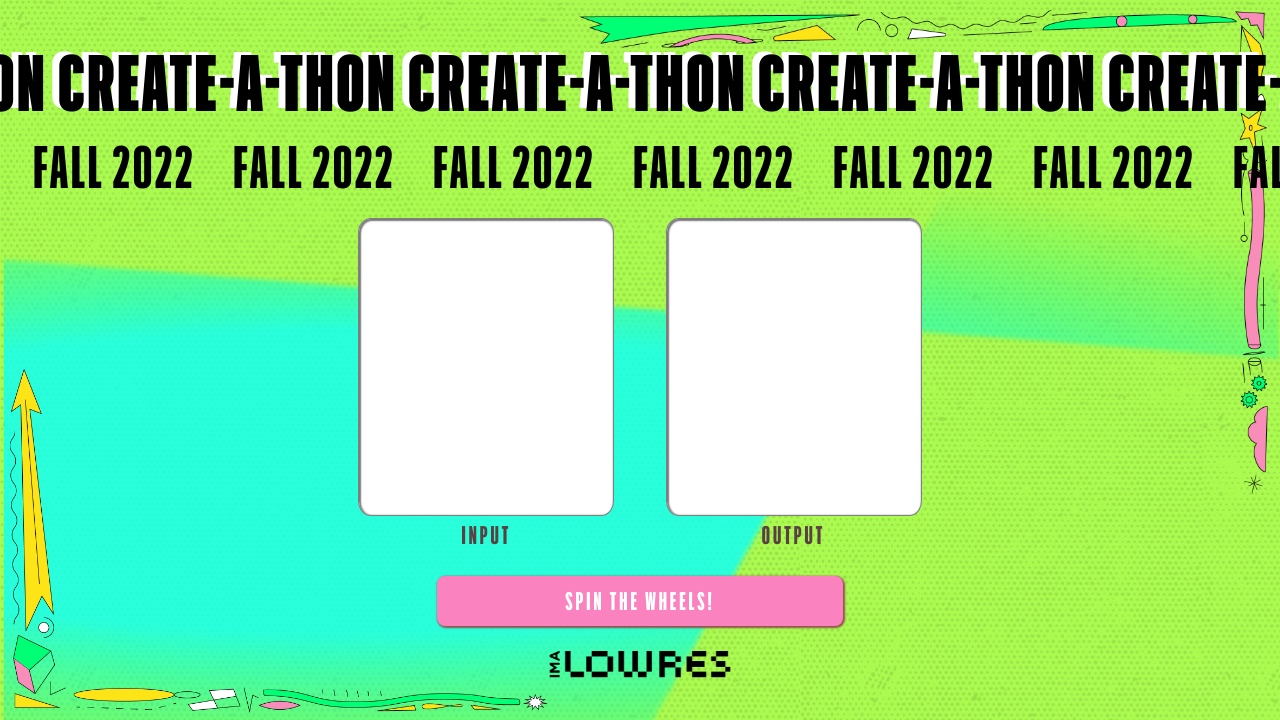
Repository: fakebrianho/IMA-Low-Res-Create-Athon-2022
Page: docs/project-generator/index.html
These files come from the project's save history. The page is drawn as it stood at one moment and after a run of saves; the edit follows.
The browser window is 1280 px wide. The pictures show the whole page.

Above is the page before, as saved 2022-10-26 23:48:37.
Not found: docs/project-generator/libraries/p5.dom.js
Not found: docs/project-generator/libraries/p5.js
Not found: docs/project-generator/libraries/p5.sound.js

After the next 3 saves:
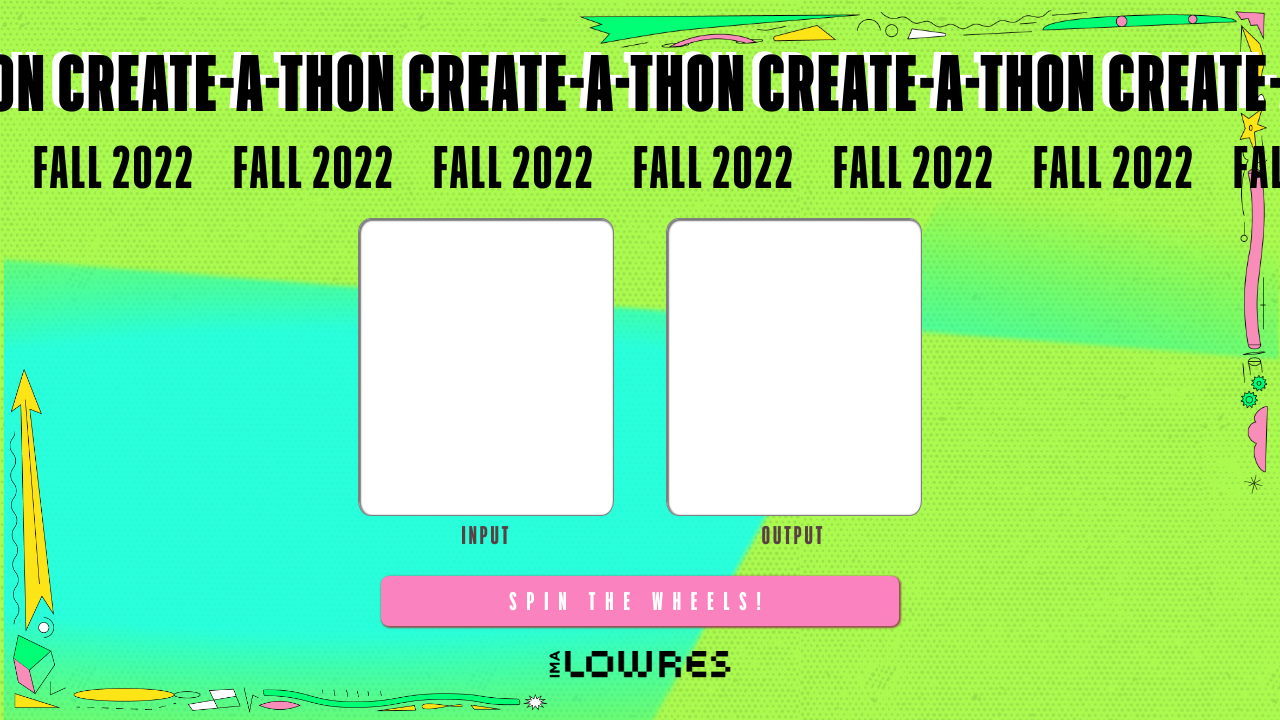
The 3 saves are shown as one change because they came seconds apart.
The last was saved 10 s later.
--- a/docs/project-generator/style.css
+++ b/docs/project-generator/style.css
@@ -165,5 +165,5 @@
 	margin: 0;
 	text-transform: uppercase;
 	font-variation-settings: 'wdth' 100;
-	letter-spacing: 3px;
+	letter-spacing: 10px;
 }
